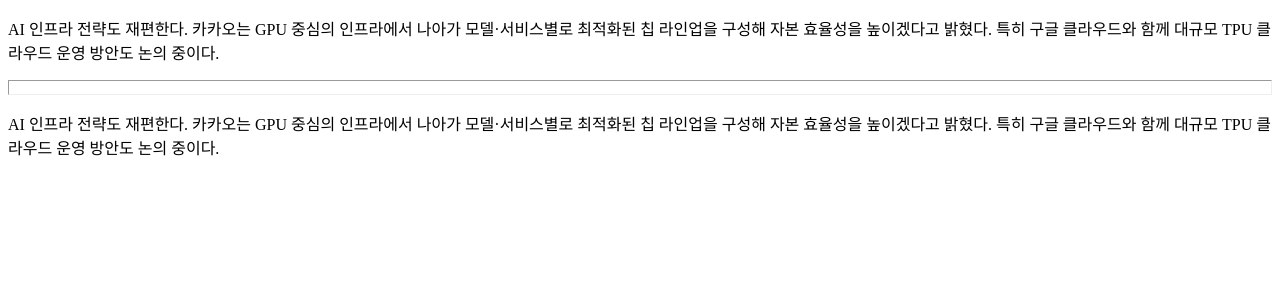
Repository: kmd192kmd/Web
Page: html/HtmlTest/src/main/webapp/ex08_hr.html
These files come from the project's save history. The page is drawn as it stood at one moment and after the next save; the edit follows.
The browser window is 1280 px wide. The pictures show the whole page.

Above is the page before, as saved 2026-02-13 00:43:34.

After the next save:
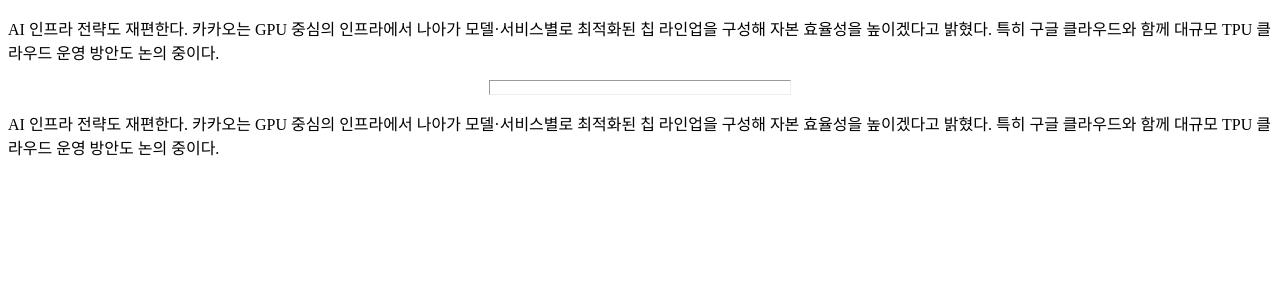
Saved 15 s later.
--- a/html/HtmlTest/src/main/webapp/ex08_hr.html
+++ b/html/HtmlTest/src/main/webapp/ex08_hr.html
@@ -30,7 +30,7 @@
 	 <p>AI 인프라 전략도 재편한다. 카카오는 GPU 중심의 인프라에서 나아가 모델·서비스별로 최적화된 칩 라인업을 구성해 자본 효율성을 높이겠다고 밝혔다. 특히 구글 클라우드와 함께
 	대규모 TPU 클라우드 운영 방안도 논의 중이다.</p>
 
-	<hr size="15">
+	<hr size="15" width="300">
 
 	<p>AI 인프라 전략도 재편한다. 카카오는 GPU 중심의 인프라에서 나아가 모델·서비스별로 최적화된 칩 라인업을 구성해 자본 효율성을 높이겠다고 밝혔다. 특히 구글 클라우드와 함께
 	대규모 TPU 클라우드 운영 방안도 논의 중이다.</p>
